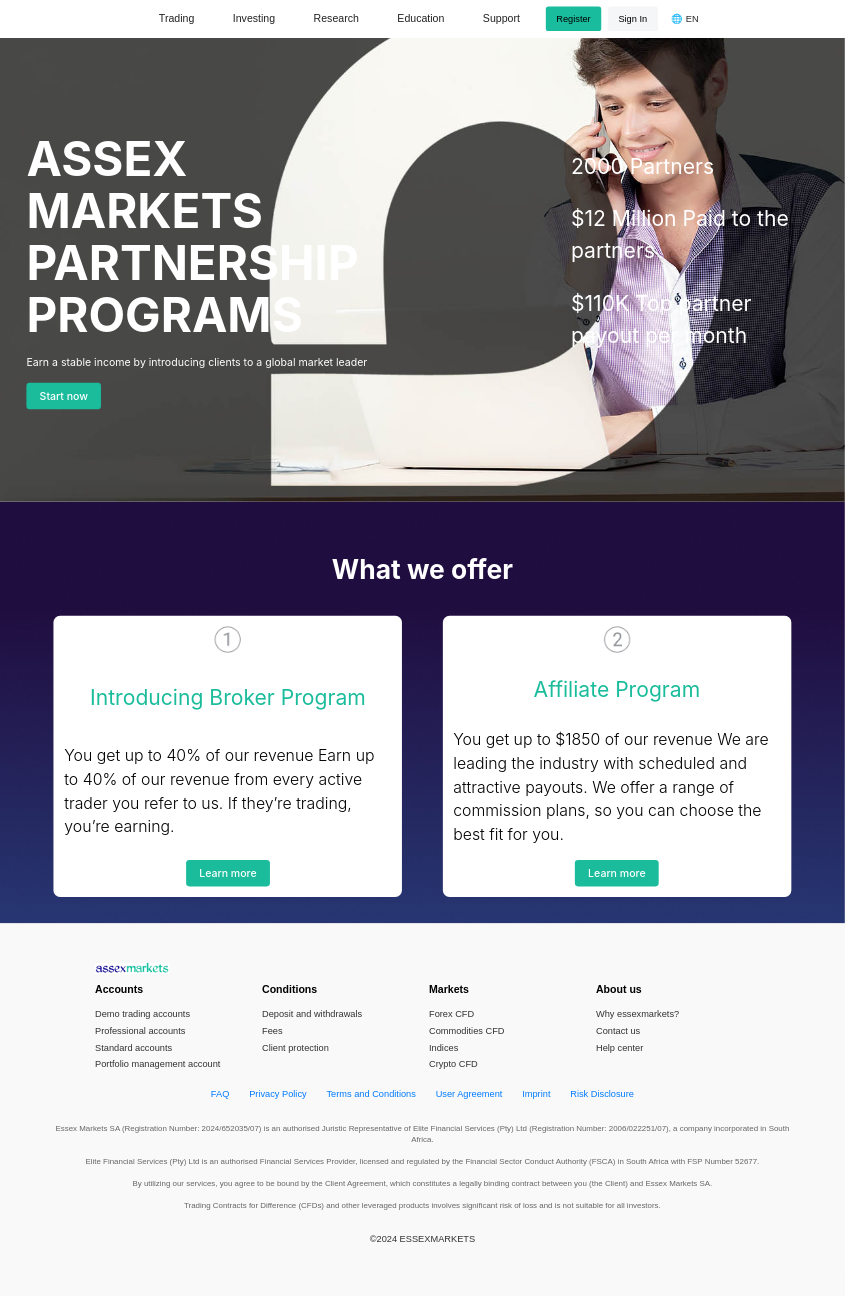
Repository: RevenewMarketing/Assex
Page: /partner
The author's editor kept a copy of each file at every save. The page is drawn from the files as they stood at one save, then again after the next save.
The browser window is 1280 px wide. The pictures show the whole page, at 66% of full size.
The project was rebuilt for these pictures with package versions that can differ from the ones it lists, and the page was loaded fresh each time. Also part of the build but not shown: vite.config.ts, src/pages/home/sections/HeroSection.module.css, src/pages/home/sections/HeroSection.tsx, src/pages/home/sections/Section2.tsx, src/pages/home/sections/Section3.tsx, src/pages/home/sections/Section4.tsx, src/pages/home/sections/Section5.tsx, src/pages/home/sections/Section6.tsx and 10 more.

Above is the page before, as saved 2024-11-28 00:50:33.

After the next save:
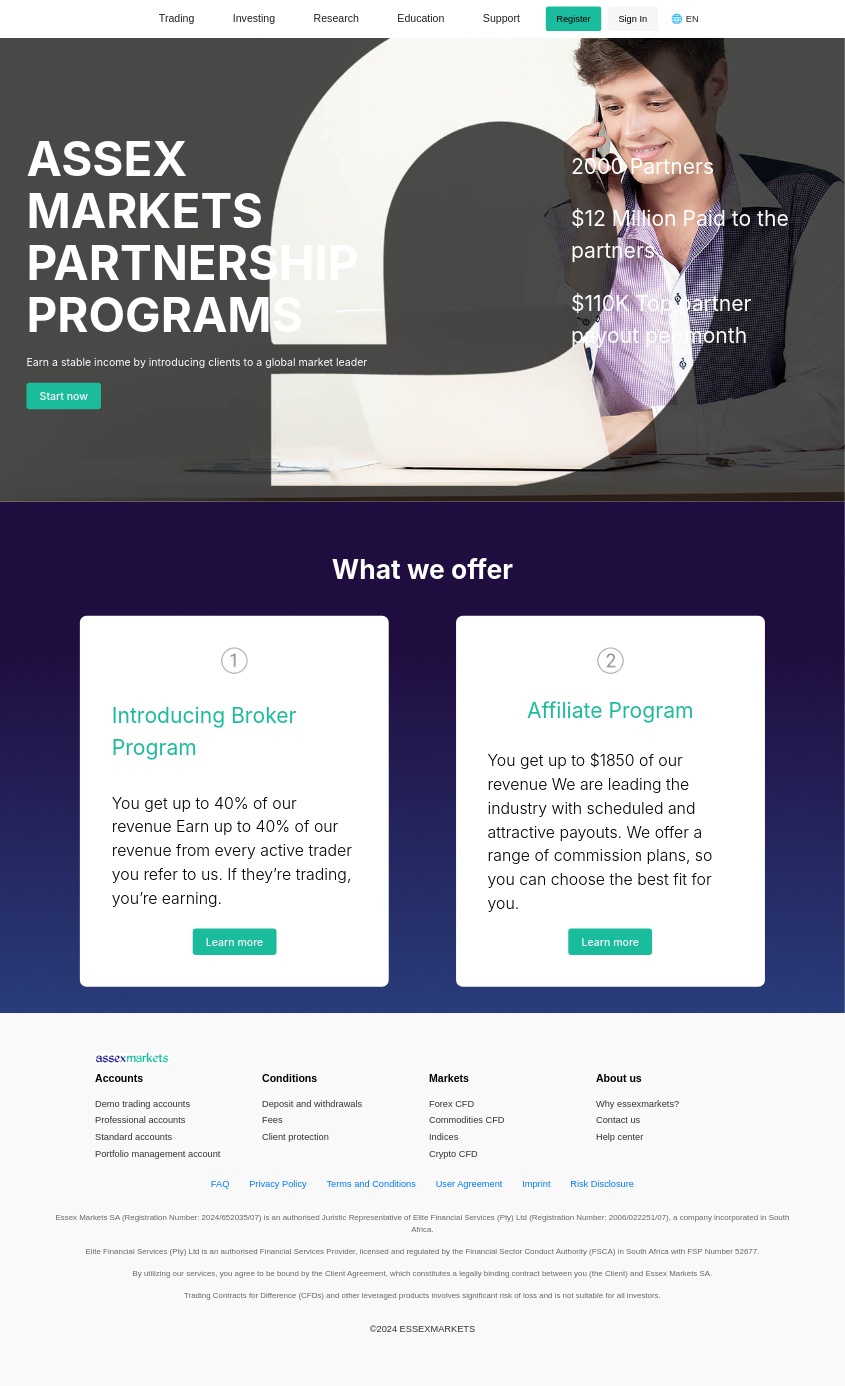
Saved 18 s later.
--- a/src/pages/partner/sections/Section2.module.css
+++ b/src/pages/partner/sections/Section2.module.css
@@ -23,9 +23,9 @@
   background-color: white;
   color: #000000;
   border-radius: 10px;
-  padding: 1rem;
+  padding: 3rem;
   flex: 1;
-  max-width: 40%;
+  max-width: 30%;
   text-align: left;
   display: flex;
   flex-direction: column;
